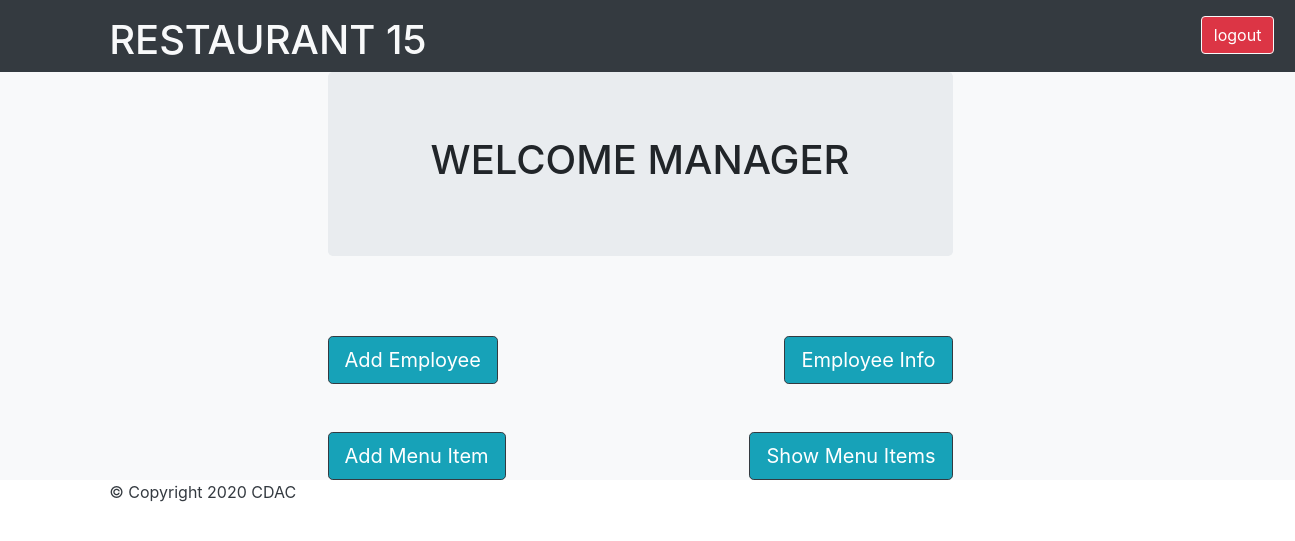
Repository: Pedaxx-IT-solution/E-Waiter-Stuff-
Page: http://localhost/ProjectEwaiter/WEB-INF/views/welcomemgr.jsp
An editor plug-in stored every save of this project. The page is shown before and after the next save, followed by the edit.
The browser window is 1280 px wide. The page is 1295 px wide, so the pictures cover 1295 px, including what lies to the right of the window. The pictures show the whole page.
The page is served by Tomcat 9. Nobody is signed in. Other server files are loaded and not shown. The template is opened directly, without the code that normally fills it, so the values that code supplies are empty.

Above is the page before, as saved 2020-01-25 22:59:10.

### MyProject/ProjectEwaiter/src/main/webapp/WEB-INF/views/welcomemgr.jsp
<%@ taglib uri="http://java.sun.com/jsp/jstl/core" prefix="c" %>

<html>
<head>
<meta charset="ISO-8859-1">
<title>MANAGER WELCOME</title>
<link
	href="https://stackpath.bootstrapcdn.com/bootstrap/4.4.1/css/bootstrap.min.css"
	rel="stylesheet"
	integrity="sha384-Vkoo8x4CGsO3+Hhxv8T/Q5PaXtkKtu6ug5TOeNV6gBiFeWPGFN9MuhOf23Q9Ifjh"
	crossorigin="anonymous">
</head>
<body>

<%
response.setHeader("Cache-Control", "no-cache,no-store,must-invalidate");
response.setHeader("Pragma", "no-cache");
response.setHeader("Expires", "0");
%>
	<div class="container-flud  ">

		<div class="row bg-dark pt-3">
				<div class="col-1 "></div>
				<div class="col-10  text-light ">
					<h1>RESTAURANT 15</h1>
				</div>
				<div class="col-1 text-light">
					<a href="/user/logout" class="btn btn-danger border-light" role="button">logout</a>
				</div>
		</div>

		<div class="row bg-light">
			<div class="col-3"></div>
			<div class="col-6" align="center">
				<div class="jumbotron">
					<h1>WELCOME MANAGER</h1>
				</div>
			</div>
			<div class="col-3"></div>
		</div>



		<div class="row bg-light">
			<div class="col-3"></div>
			<div class="col-3">

					<a href="/user/register" class="mt-5 btn btn-info border-dark btn-lg" role="button">Add Employee</a>

			</div>

			<div class=" col-3 text-right">

					<a href="/user/showemp" class="mt-5 btn btn-info border-dark btn-lg" role="button">Employee Info</a>
			</div>
			<div class="col-3"></div>

		</div>




		<div class="row bg-light">
			<div class="col-3"></div>
			<div class="col-3">

							<a href="/user/menu/addMenu" class="mt-5 btn btn-lg btn-info border-dark" role="button">Add Menu Item</a>

			</div>

			<div class=" col-3 text-right">

							<a href="/user/menu/showMenu" class="mt-5 btn btn-info btn-lg border-dark" role="button">Show Menu Items</a>
			</div>
			<div class="col-3"></div>

		</div>






		<div class="row ">
			<div class="col-1 "></div>
			<div class="col-11 text-dark ">
				<footer>&copy; Copyright 2020 CDAC</footer>
			</div>
		</div>
	</div>

</body>
</html>

After the next save:
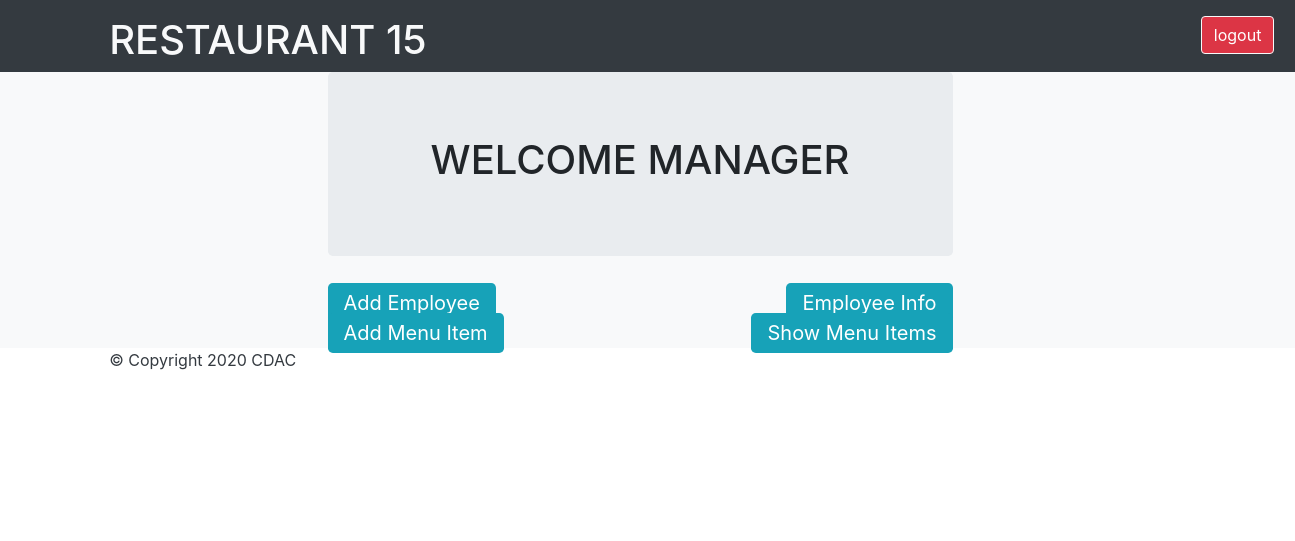
Saved 90 s later.
--- a/MyProject/ProjectEwaiter/src/main/webapp/WEB-INF/views/welcomemgr.jsp
+++ b/MyProject/ProjectEwaiter/src/main/webapp/WEB-INF/views/welcomemgr.jsp
@@ -45,13 +45,13 @@ response.setHeader("Expires", "0");
 			<div class="col-3"></div>
 			<div class="col-3">
 
-					<a href="/user/register" class="mt-5 btn btn-info border-dark btn-lg" role="button">Add Employee</a>
+					<a href="/user/register" class="mt-5 btn-info border-dark btn-lg" role="button">Add Employee</a>
 
 			</div>
 
 			<div class=" col-3 text-right">
 
-					<a href="/user/showemp" class="mt-5 btn btn-info border-dark btn-lg" role="button">Employee Info</a>
+					<a href="/user/showemp" class="mt-5 btn-info border-dark btn-lg" role="button">Employee Info</a>
 			</div>
 			<div class="col-3"></div>
 
@@ -64,13 +64,13 @@ response.setHeader("Expires", "0");
 			<div class="col-3"></div>
 			<div class="col-3">
 
-							<a href="/user/menu/addMenu" class="mt-5 btn btn-lg btn-info border-dark" role="button">Add Menu Item</a>
+							<a href="/user/menu/addMenu" class="mt-5  btn-lg btn-info border-dark" role="button">Add Menu Item</a>
 
 			</div>
 
 			<div class=" col-3 text-right">
 
-							<a href="/user/menu/showMenu" class="mt-5 btn btn-info btn-lg border-dark" role="button">Show Menu Items</a>
+							<a href="/user/menu/showMenu" class="mt-5 btn-info btn-lg border-dark" role="button">Show Menu Items</a>
 			</div>
 			<div class="col-3"></div>
 
